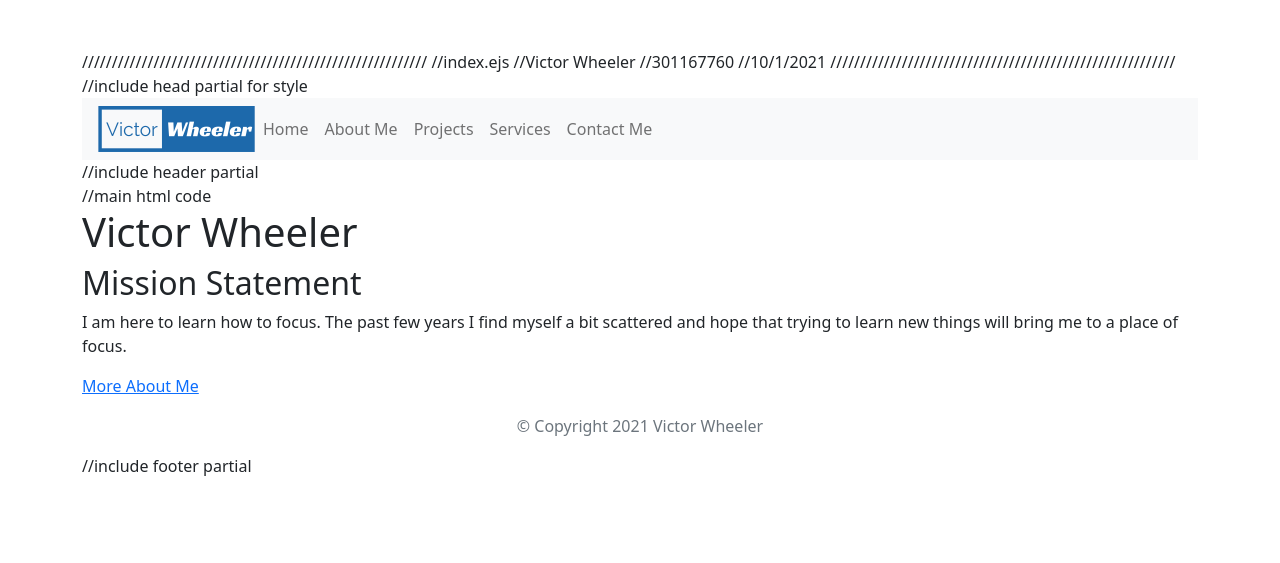
Repository: VictorWheeler/COMP_229_301167760
Page: http://localhost/
These files come from the project's save history. The page is drawn as it stood at one moment and after the next save; the edit follows.
The browser window is 1280 px wide. The pictures show the whole page.
The page is served by the project's Node server (server.js).

Above is the page before, as saved 2021-10-01 10:10:44.

### Express-Portfolio-Site/views/pages/index.ejs
//////////////////////////////////////////////////////////
//index.ejs
//Victor Wheeler
//301167760
//10/1/2021
//////////////////////////////////////////////////////////
<!DOCTYPE html>
<html lang="en">
<head>
  <%- include('../partials/head'); %>   //include head partial for style
</head>
<body class="container">

<header>
  <%- include('../partials/header'); %>  //include header partial
</header>

<main>                                    //main html code
  <div class="jumbotron">
    <h1>Victor Wheeler</h1>
    <h2>Mission Statement</h2>
    <p>I am here to learn how to focus. The past few years I find myself a bit scattered and hope that trying to learn new things will bring me to a place of focus.</p>
    <p><a href="/about">More About Me</a></p>
  </div>
</main>

<footer>
  <%- include('../partials/footer'); %>   //include footer partial
</footer>

</body>
</html>

### Express-Portfolio-Site/views/partials/head.ejs
<meta charset="UTF-8">
<title>Victor Wheeler</title>

<!-- CSS (load bootstrap from a CDN) -->
<link rel="stylesheet" href="/css/bootstrap.min.css">
<style>
  body { padding-top:50px; }
</style>

### Express-Portfolio-Site/views/partials/header.ejs
<nav class="navbar navbar-expand-lg navbar-light bg-light">
  <a class="navbar-brand"></a><img class="logo" src="/images/vw_logo.png" width="157" height="46" alt="why">
   <ul class="navbar-nav mr-auto">
    <li class="nav-item">
      <a class="nav-link" href="/">Home</a>
    </li>
    <li class="nav-item">
      <a class="nav-link" href="/about">About Me</a>
    </li>
    <li class="nav-item">
      <a class="nav-link" href="/projects">Projects</a>
    </li>
    <li class="nav-item">
      <a class="nav-link" href="/services">Services</a>
    </li>
    <li class="nav-item">
      <a class="nav-link" href="/contact">Contact Me</a>
    </li>
  </ul>
</nav>

### Express-Portfolio-Site/views/partials/footer.ejs
<p class="text-center text-muted">&copy; Copyright 2021 Victor Wheeler</p>

### Express-Portfolio-Site/server.js
var express = require('express');
var app = express();

const bodyParser = require('body-parser')
app.use(bodyParser.urlencoded({extended: true}))

const nodemailer = require('nodemailer')


// set the view engine to ejs
app.set('view engine', 'ejs');

//set public folder as static
app.use(express.static("public"));

// use res.render to load up an ejs view file

// Home page page
app.get('/', function(req, res) {
  res.render('pages/index');
});

// About Me page
app.get('/about', function(req, res) {
  res.render('pages/about');
});

// Projects page
app.get('/projects', function(req, res) {
    res.render('pages/projects');
  });

  // Services page
app.get('/services', function(req, res) {
    res.render('pages/services');
  });

  // Contact Me page
app.get('/contact', function(req, res) {
    res.render('pages/contact');
  });

  // POST route from contact form
app.post('/contact', (req, res) => {
  })

app.listen(3000);
console.log('Server is listening on port 3000');

Loaded but not shown: Express-Portfolio-Site/public/css/bootstrap.min.css (library)

After the next save:
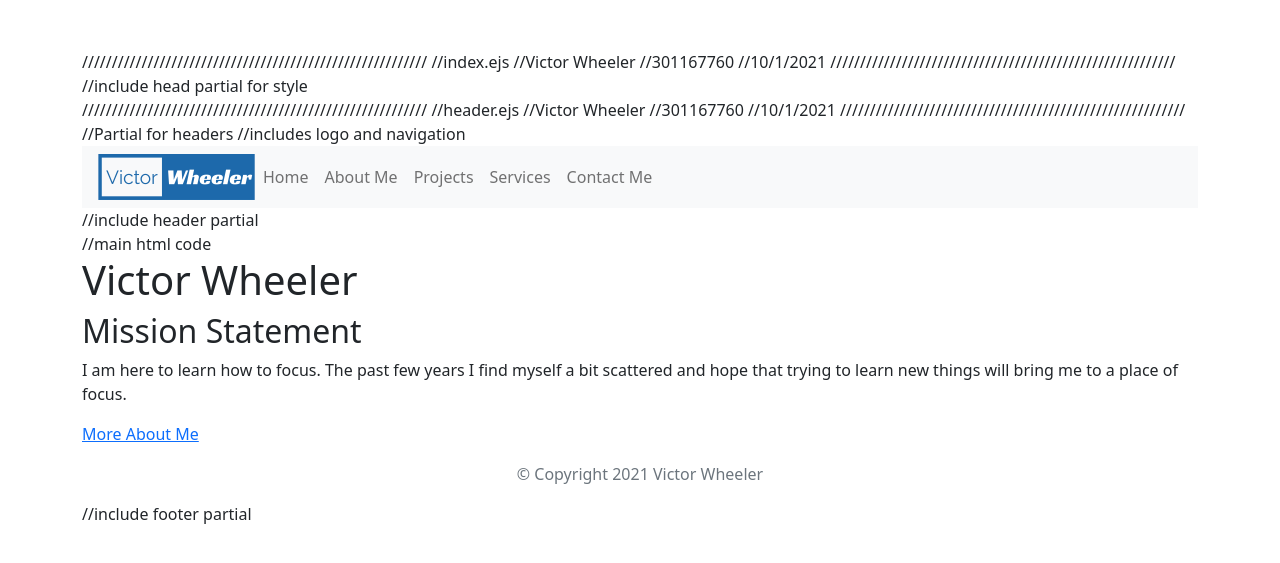
Saved 3 s later.
--- a/Express-Portfolio-Site/views/partials/header.ejs
+++ b/Express-Portfolio-Site/views/partials/header.ejs
@@ -1,3 +1,12 @@
+//////////////////////////////////////////////////////////
+//header.ejs
+//Victor Wheeler
+//301167760
+//10/1/2021
+//////////////////////////////////////////////////////////
+
+//Partial for headers
+  //includes logo and navigation
 <nav class="navbar navbar-expand-lg navbar-light bg-light">
   <a class="navbar-brand"></a><img class="logo" src="/images/vw_logo.png" width="157" height="46" alt="why">
    <ul class="navbar-nav mr-auto">
